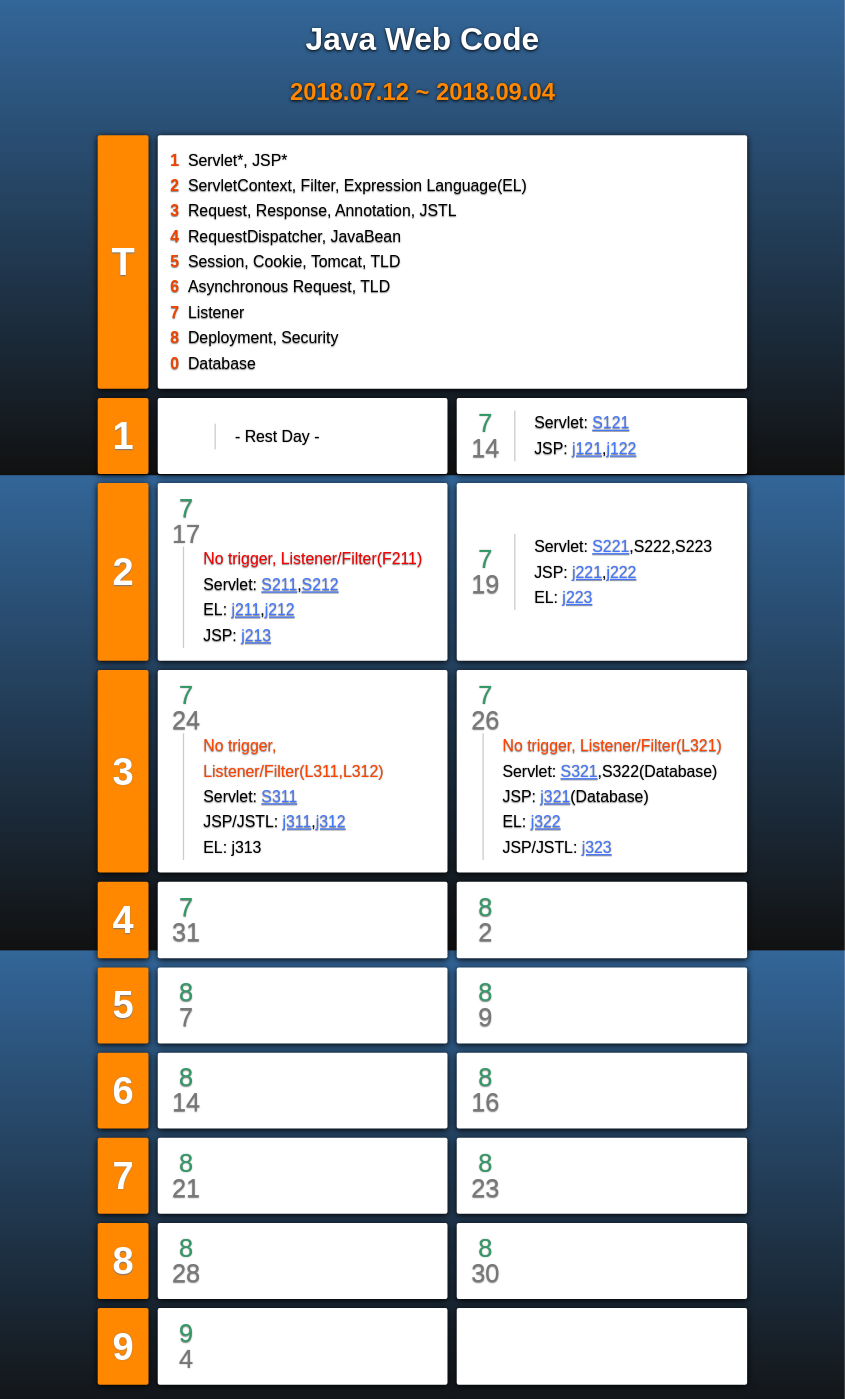
Repository: anxhuang/Java_Web
Page: http://localhost/code/index.jsp
These files come from the project's save history. The page is drawn as it stood at one moment and after the next save; the edit follows.
The browser window is 1280 px wide. The pictures show the whole page, at 66% of full size.
Backgrounds fixed to the window are drawn as part of the page. The page is served by Tomcat 9. Other server files are loaded and not shown.

Above is the page before, as saved 2018-07-26 13:17:08.

### code/WebContent/index.jsp
<%@ page language="java" pageEncoding="UTF-8"%>
<!DOCTYPE html>
<html>
<head>
<meta charset="BIG5">
<title>Insert title here</title>
<style>
	body{
		font-size: 0.25in;
		font-family: Arial;
		background: linear-gradient(#369, #111);
		background-attachment: fixed;
	}
	h1{
		color: #FFF;
		text-shadow: 0px 1px 5px #000;
		text-align: center;
	}
	h2{
		color: #F80;
		text-shadow: 0px 1px 5px #000;
		text-align: center;
	}
	red{
		color: #E40;
		font-weight: bold;
	}
	.orange{
		color: #FFF;
		font-size: 0.6in;
		text-align: center;
		background: #F80;
		font-weight: bold;
	}
	.date{
		width: 0.5in;
		color: #396;
		font-size: 0.4in;
		text-align: center;
	}
	.ex{
		padding-left: 0.3in;
		margin-left: 0.2in;
		border-left: 2px solid #CCC;
	}
	grey{
		color: #777;
	}
	table{
		width: 80%;
		margin: 0 auto;
		border-spacing: 0.15in;
	}
	td{
		color: #000;
		text-shadow: 0px 1px 2px #777;
		line-height: 0.4in;
		padding: 0.2in;
		background: rgba(255,255,255,1.0);
		box-shadow: 0px 2px 10px #000;
		border-radius: 3px;
		vertical-align: middle;
	}
	td div{
		display: inline-block;
		vertical-align: middle;
	}
	td:first-child{
		width: 8%;
	}
	td:nth-child(2){
		width: 46%;
	}
	td:nth-child(3){
		width: 46%;
	}
	a:link		{color: #47F;}
	a:visited	{color: #47F;}
</style>
</head>
<body>

	<h1>Java Web Code</h1><h2>2018.07.12 ~ 2018.09.04</h2>

	<table>
		<tbody>
			<tr>
				<td class="orange">T</td>
				<td colspan="2">
					<%@ page import="java.util.ArrayList" %>

					<%
					String topics[][]={
						{"1","Servlet*, JSP*"},
						{"2","ServletContext, Filter, Expression Language(EL)"},
						{"3","Request, Response, Annotation, JSTL"},
						{"4","RequestDispatcher, JavaBean"},
						{"5","Session, Cookie, Tomcat, TLD"},
						{"6","Asynchronous Request, TLD"},
						{"7","Listener"},
						{"8","Deployment, Security"},
						{"0","Database"},
					};
					for (String[] topic:topics){
						out.print("<red>"+topic[0]+"</red>&nbsp;&nbsp;"+topic[1]+"<br>");
					}
					%>
				</td>
			</tr>

				<%
					ArrayList<String>	date=new ArrayList<>();
					ArrayList<String>	ex=new ArrayList<>();
					date.add("");
					date.add("7<br><grey>14</grey>");
					date.add("7<br><grey>17</grey>");
					date.add("7<br><grey>19</grey>");
					date.add("7<br><grey>24</grey>");
					date.add("7<br><grey>26</grey>");
					date.add("7<br><grey>31</grey>");
					date.add("8<br><grey>2</grey>");
					date.add("8<br><grey>7</grey>");
					date.add("8<br><grey>9</grey>");
					date.add("8<br><grey>14</grey>");
					date.add("8<br><grey>16</grey>");
					date.add("8<br><grey>21</grey>");
					date.add("8<br><grey>23</grey>");
					date.add("8<br><grey>28</grey>");
					date.add("8<br><grey>30</grey>");
					date.add("9<br><grey>4</grey>");
					date.add("");
					ex.add("- Rest Day -");
					ex.add("Servlet: <a href='S121'>S121</a><br>JSP: <a href='j121.jsp'>j121</a>,<a href='j122.jsp'>j122</a>");
					ex.add("<font color=#F40'>No trigger, Listener/Filter(F211)</font><br>Servlet: <a href='S211'>S211</a>,<a href='S212'>S212</a><br>EL: <a href='j211.jsp'>j211</a>,<a href='j212.jsp'>j212</a><br>JSP: <a href='j213.jsp'>j213</a>");
					ex.add("Servlet: <a href='S221'>S221</a>,S222,S223<br>JSP: <a href='j221.jsp'>j221</a>,<a href='j222.jsp'>j222</a><br>EL: <a href='j223.jsp'>j223</a>");
					ex.add("<font color='#F40'>No trigger, Listener/Filter(L311,L312)</font><br>Servlet: <a href='S311'>S311</a><br>JSP/JSTL: <a href='j311.jsp'>j311</a>,<a href='j312.jsp'>j312</a><br>EL: j313");
					ex.add("<font color='#F40'>No trigger, Listener/Filter(L321)</font><br>Servlet: <a href='S321'>S321</a>,S322(Database)<br>JSP: <a href='j321.jsp'>j321</a>(Database)<br>EL: <a href='j322.jsp'>j322</a><br>JSP/JSTL: <a href='j323.jsp'>j323</a>");
					ex.add("");
					ex.add("");
					ex.add("");
					ex.add("");
					ex.add("");
					ex.add("");
					ex.add("");
					ex.add("");
					ex.add("");
					ex.add("");
					ex.add("");
					ex.add("");
					ex.add("");
					ex.add("- Course End -");
					for (int i=1; i<=9; i++){
						out.print("<tr><td class='orange'>"+i+"</td><td><div class='date'>"+date.get(i*2-2)+"</div><div class='ex'>"+ex.get(i*2-2)+"</div></td><td><div class='date'>"+date.get(i*2-1)+"</div><div class='ex'>"+ex.get(i*2-1)+"</div></td></tr>");
					}
				%>
		</tbody>
	</table>
</body>
</html>

After the next save:
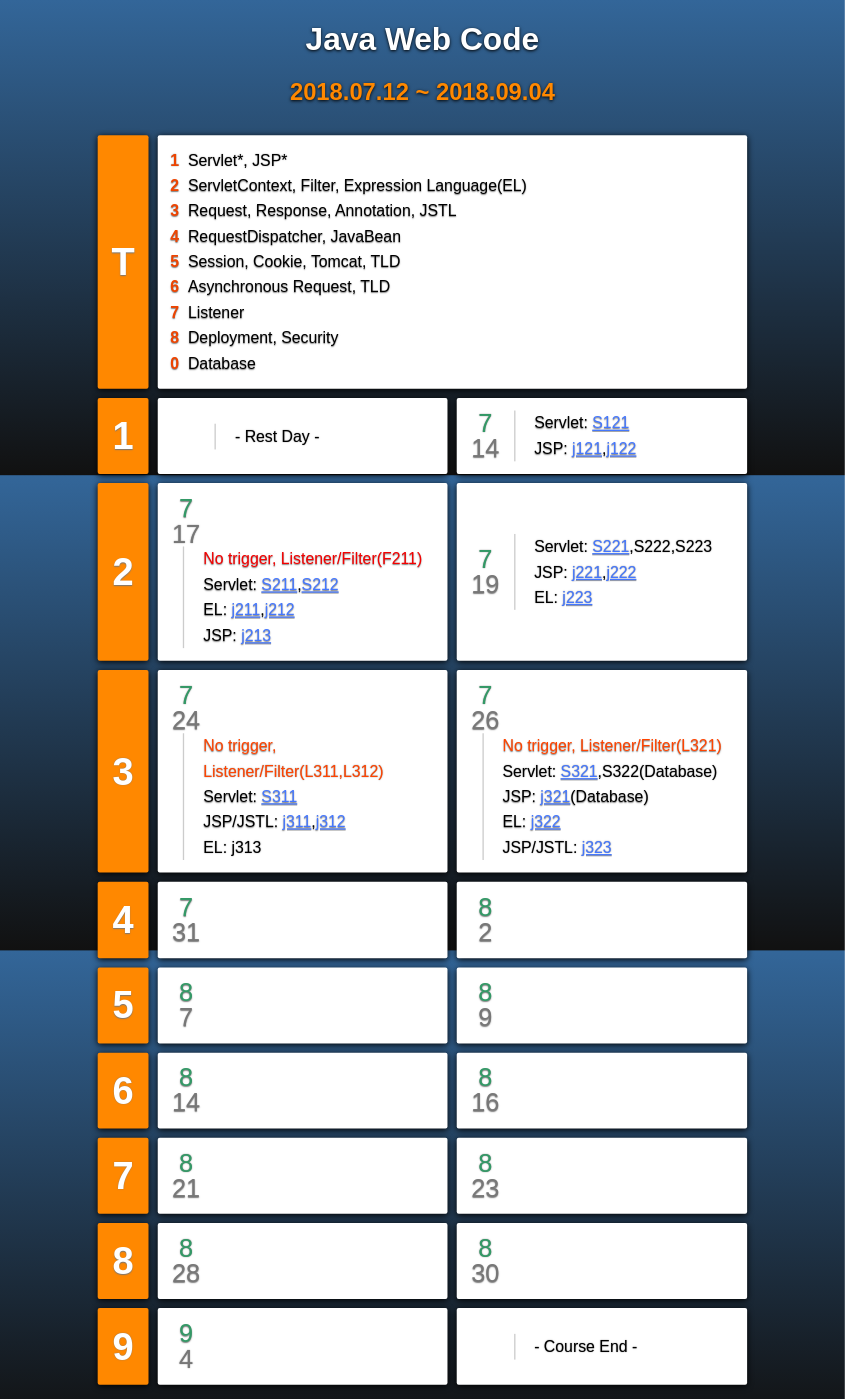
Saved 22 s later.
--- a/code/WebContent/index.jsp
+++ b/code/WebContent/index.jsp
@@ -146,8 +146,6 @@
 					ex.add("");
 					ex.add("");
 					ex.add("");
-					ex.add("");
-					ex.add("");
 					ex.add("- Course End -");
 					for (int i=1; i<=9; i++){
 						out.print("<tr><td class='orange'>"+i+"</td><td><div class='date'>"+date.get(i*2-2)+"</div><div class='ex'>"+ex.get(i*2-2)+"</div></td><td><div class='date'>"+date.get(i*2-1)+"</div><div class='ex'>"+ex.get(i*2-1)+"</div></td></tr>");
